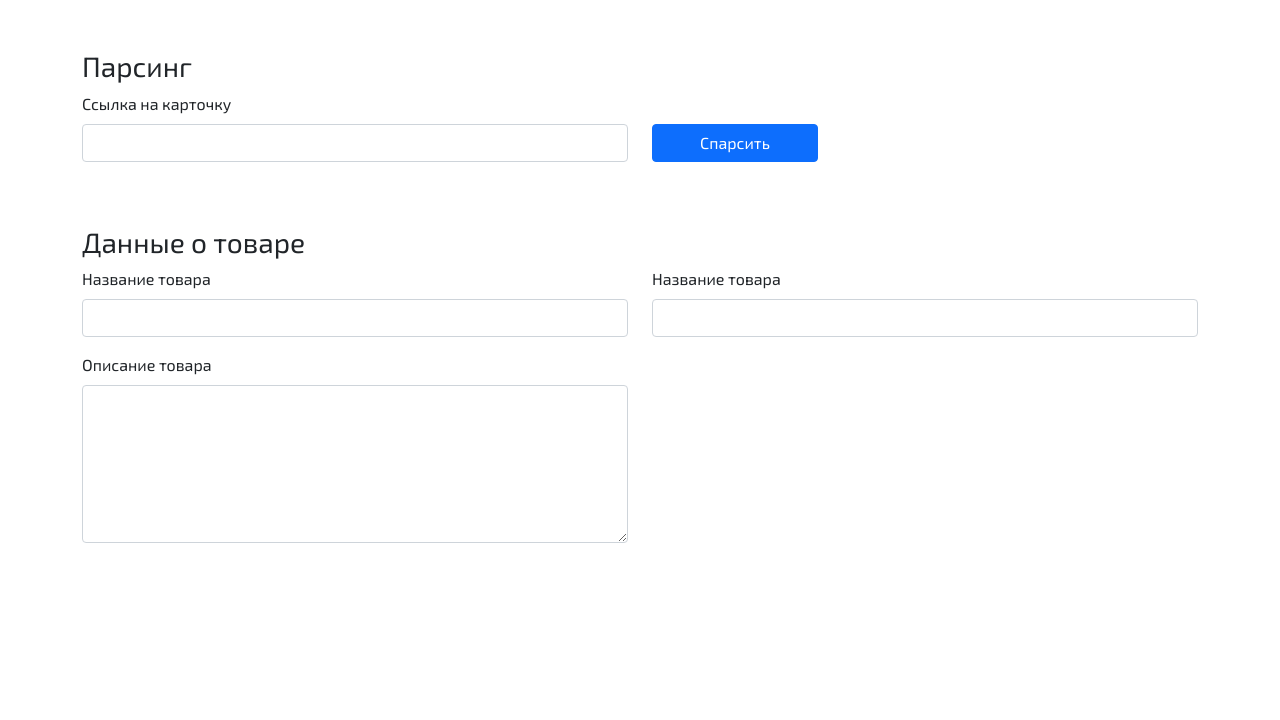
Repository: yozuul/wildberries-product-card-parser-api-exchange
Page: public/index.html
These files come from the project's save history. The page is drawn as it stood at one moment and after the next save; the edit follows.
The browser window is 1280 px wide. The pictures show the whole page.

Above is the page before, as saved 2021-08-18 20:06:38.

After the next save:
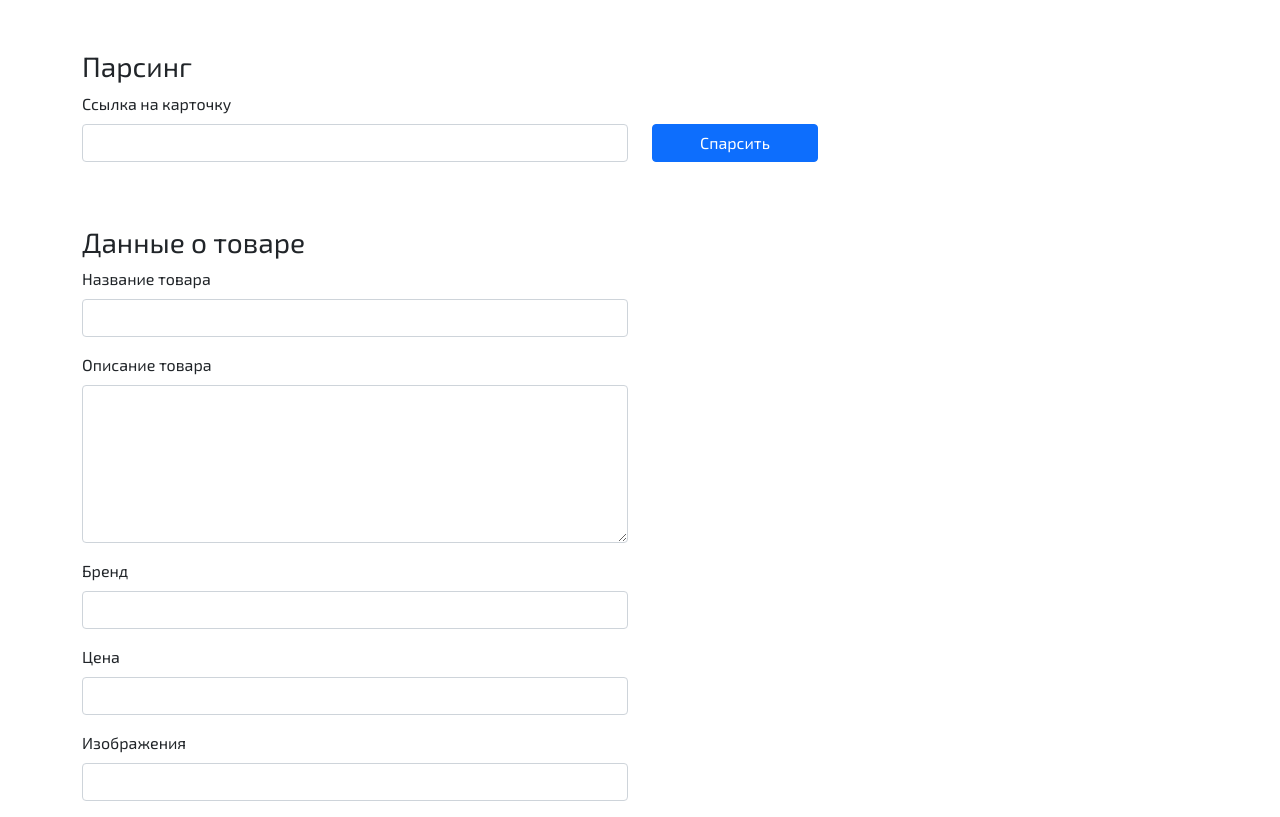
Saved 2 min 5 s later.
--- a/public/index.html
+++ b/public/index.html
@@ -35,13 +35,23 @@
                <input type="text" class="form-control" id="productName">
             </div>
             <div class="mb-3">
-               <label for="productName" class="form-label">Описание товара</label>
-               <textarea type="text" class="form-control" id="productName"  rows="6"></textarea>
+               <label for="productDesc" class="form-label">Описание товара</label>
+               <textarea type="text" class="form-control" id="productDesc"  rows="6"></textarea>
+            </div>
+            <div class="mb-3">
+               <label for="productBrand" class="form-label">Бренд</label>
+               <input type="text" class="form-control" id="productBrand">
+            </div>
+            <div class="mb-3">
+               <label for="productPrice" class="form-label">Цена</label>
+               <input type="text" class="form-control" id="productPrice">
+            </div>
+            <div class="mb-3">
+               <label for="productPrice" class="form-label">Изображения</label>
+               <input type="text" class="form-control" id="productPrice">
             </div>
           </div>
           <div class="col">
-            <label for="productName" class="form-label">Название товара</label>
-            <input type="text" class="form-control" id="productName">
           </div>
        </div>
     </form>
